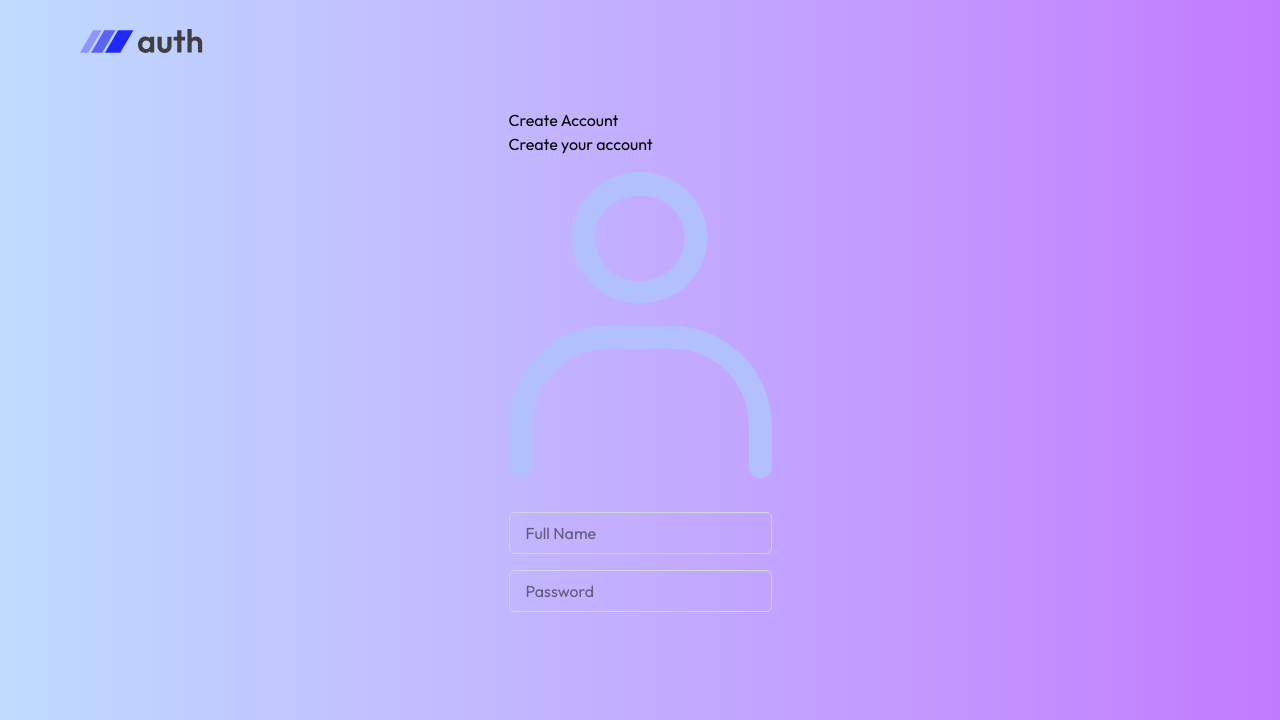
Repository: AuthnSapuarachchi/AuthnticationApplication-MERN-Stack
Page: /login (app in client/)
An editor plug-in stored every save of this project. The page is shown before and after the next save, followed by the edit.
The browser window is 1280 px wide. The pictures show the whole page.
The project was rebuilt for these pictures with package versions that can differ from the ones it lists, and the page was loaded fresh each time. Also part of the build but not shown: client/vite.config.js, client/src/components/NavBar.jsx, client/src/components/Header.jsx, client/src/pages/home.jsx, client/src/pages/ResetPassword.jsx, client/src/pages/EmailVerify.jsx.

Above is the page before, as saved 2025-07-31 12:03:42.

After the next save:
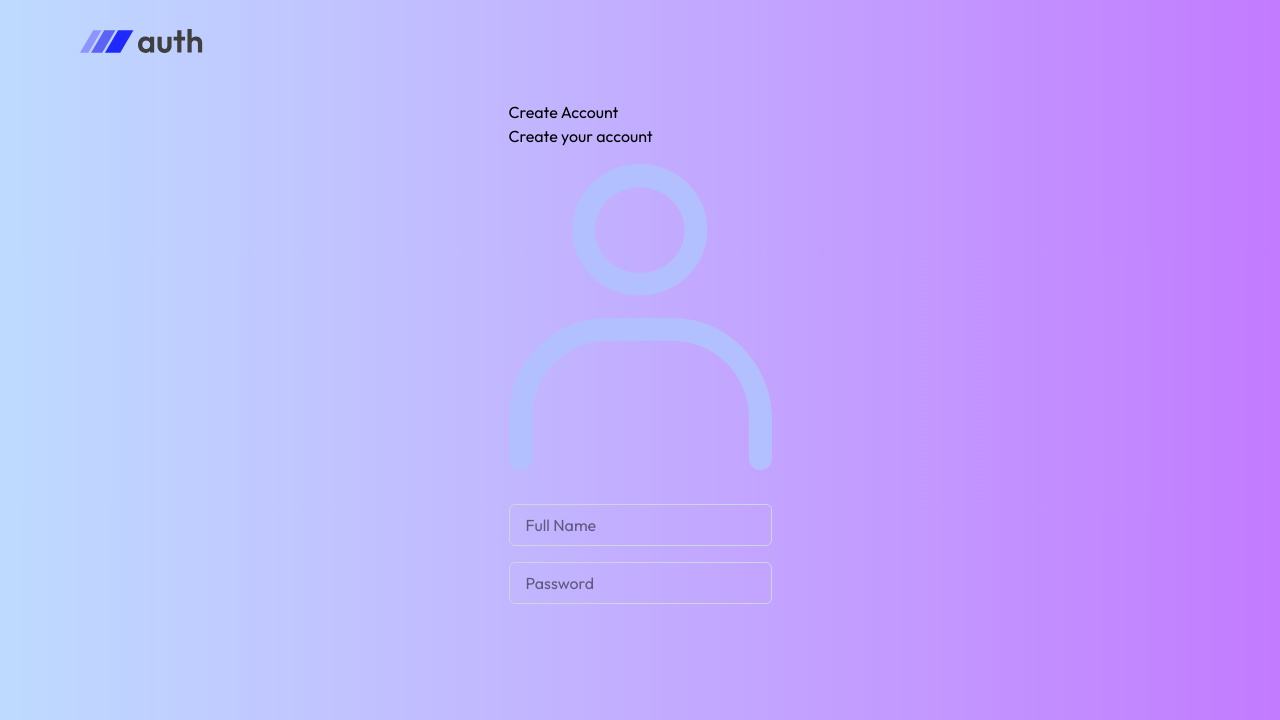
Saved 5 s later.
--- a/client/src/pages/login.jsx
+++ b/client/src/pages/login.jsx
@@ -12,7 +12,7 @@ const Login = () => {
         <h2>{state === 'Sign Up' ? 'Create Account' : 'Login'}</h2>
         <p>{state === 'Sign Up' ? 'Create your account' : 'Login to your account'}</p>
         <form>
-          <div className=' flex flex-col gap-4 mt-4'>
+          <div className=' mb-4 flex flex-col gap-4 mt-4'>
             <img src={assets.person_icon} alt="" />
             <input type="text" placeholder='Full Name' className='border border-gray-300 px-4 py-2 rounded-md' required/>
             <input type="password" placeholder='Password' className='border border-gray-300 px-4 py-2 rounded-md' />
